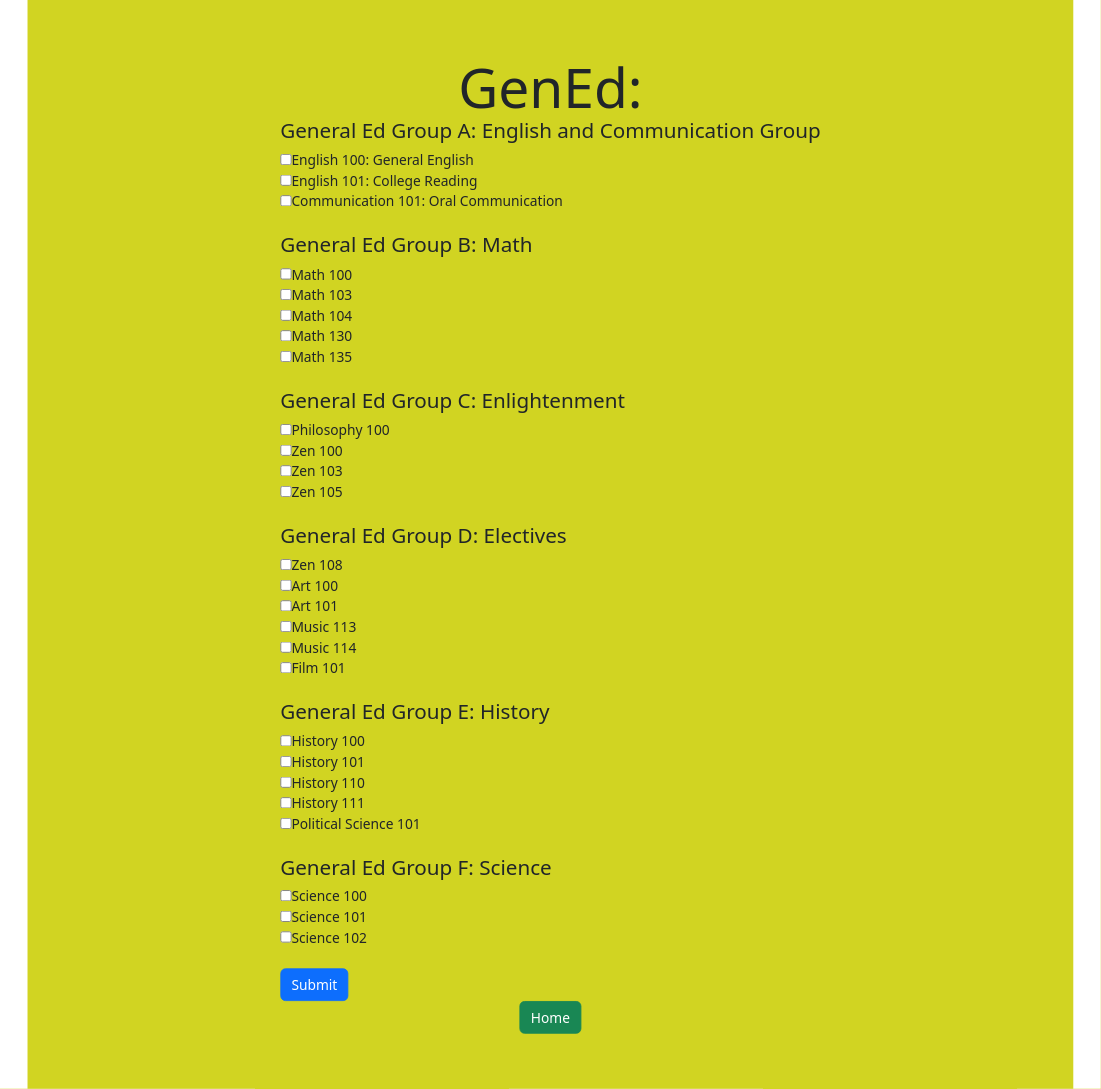
Repository: collegedude9300/zenschool
Page: /GenEd
An editor plug-in stored every save of this project. The page is shown before and after the next save, followed by the edit.
The browser window is 1280 px wide. The pictures show the whole page, at 86% of full size.
The project was rebuilt for these pictures with package versions that can differ from the ones it lists, and the page was loaded fresh each time. The framework's server and built-in components were replaced by stand-ins that run in the browser. Also part of the build but not shown: next.config.js.

Above is the page before, as saved 2022-10-28 09:29:54.

After the next save:
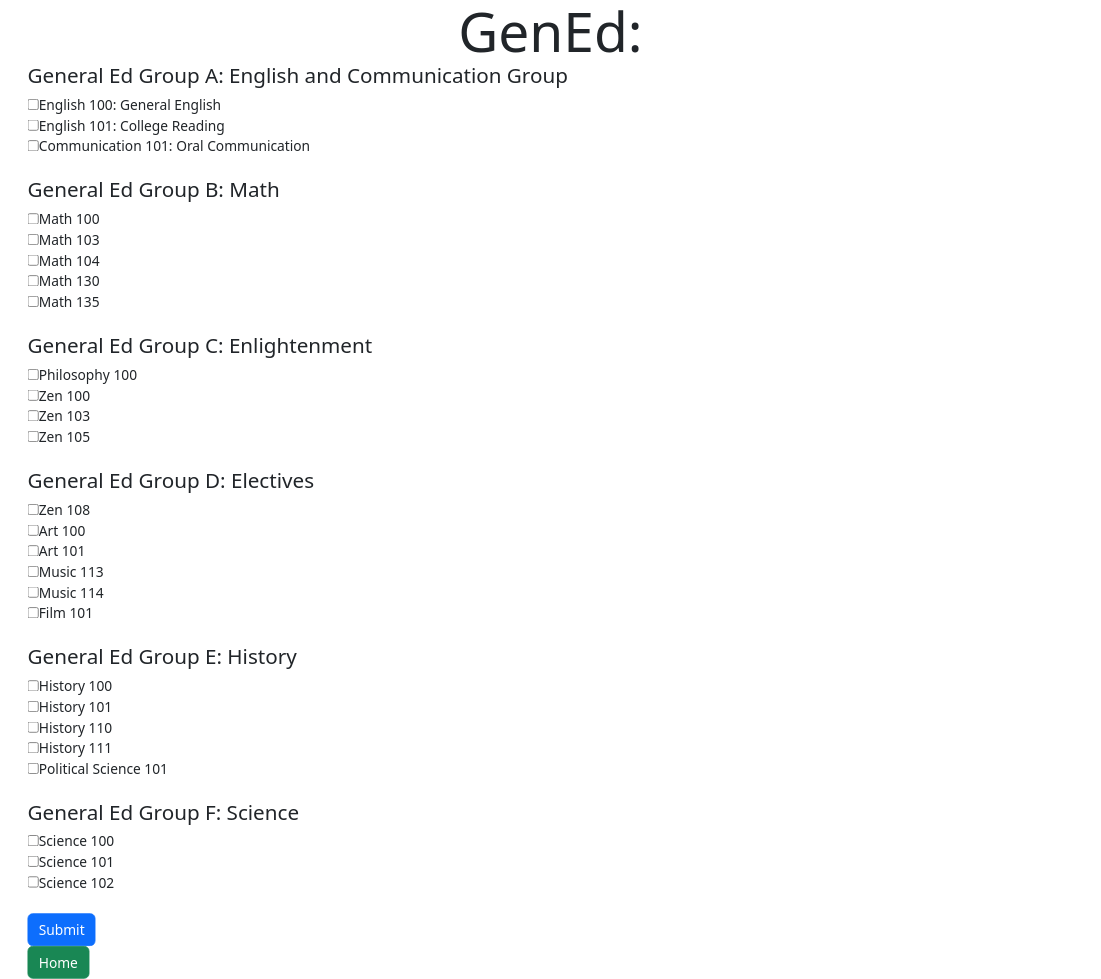
Saved 2 min 20 s later.
--- a/pages/GenEd.js
+++ b/pages/GenEd.js
@@ -12,7 +12,7 @@ return(
 <meta name="description" content="Generated by create next app" />
 <link rel="icon" href="/favicon.png" />
 </Head>
-<main className={styles.main}>
+<main className={styles.gened}>
 <h1 className={styles.title}>
 GenEd:
 </h1>
